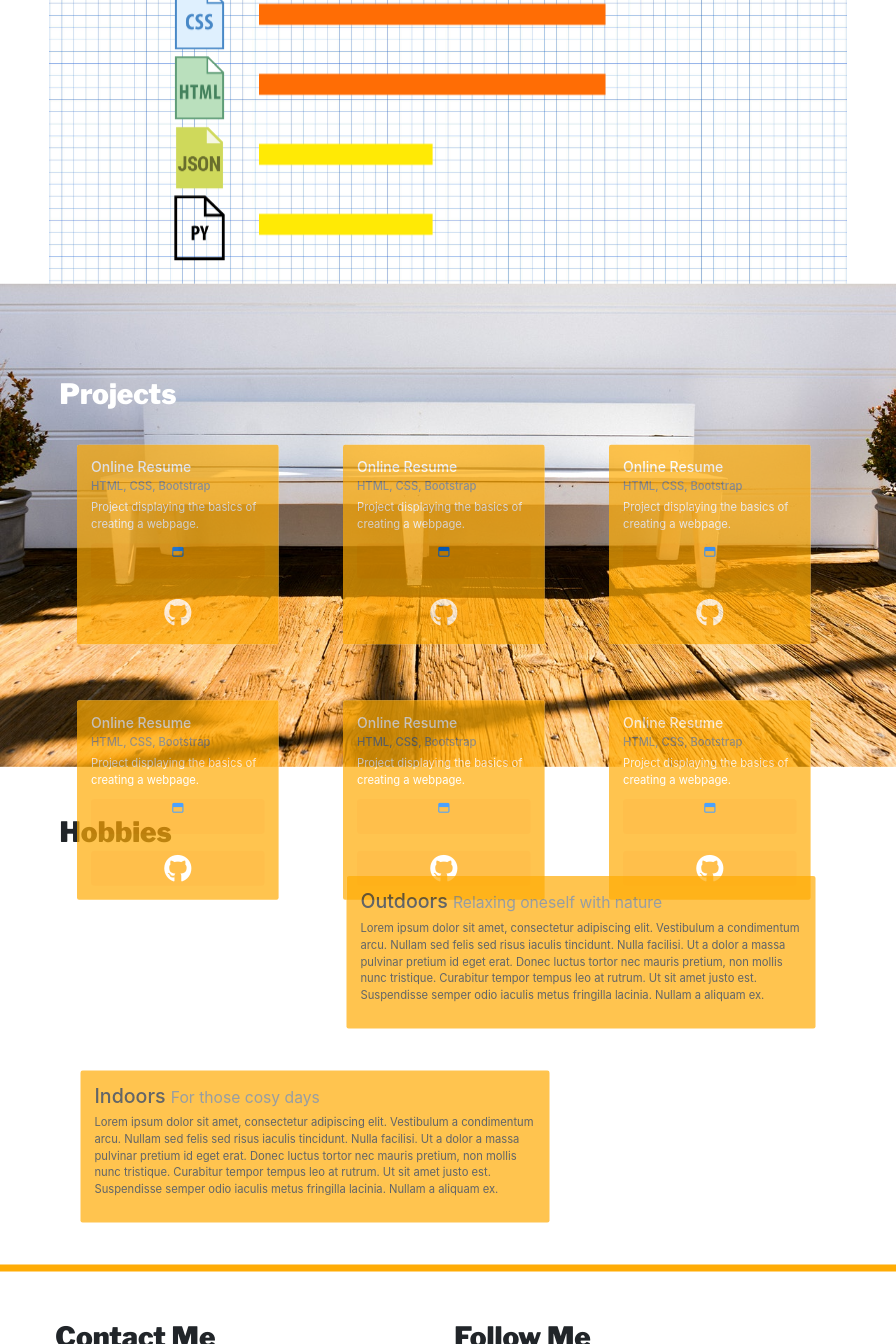
Repository: muhdarifrawi/resume-project
Page: index.html
The author's editor kept a record of every edit. The page is drawn from the files as they stood at one moment, then again after the next edit.
The browser window is 1280 px wide. The pictures show the part of the page from y = 1128 to 3048 px (the page is 3765 px tall), at 70% of full size.
Some web libraries are served in a nearby version.

Above is the page before.

### index.html
<!doctype html>
<html lang="en">

<head>
    <!-- Required meta tags -->
    <meta charset="utf-8">
    <meta name="viewport" content="width=device-width, initial-scale=1, shrink-to-fit=no">
    <!-- Font Awesome script -->
    <script src="https://kit.fontawesome.com/00e1568e72.js"></script>
    <!-- GOOGLE font -->
    <link href="https://fonts.googleapis.com/css?family=Libre+Franklin:900&display=swap" rel="stylesheet">
    <!-- AOS script -->
    <link href="https://unpkg.com/aos@2.3.1/dist/aos.css" rel="stylesheet">

    <!-- Bootstrap CSS -->
    <link rel="stylesheet" href="https://stackpath.bootstrapcdn.com/bootstrap/4.3.1/css/bootstrap.min.css" integrity="sha384-ggOyR0iXCbMQv3Xipma34MD+dH/1fQ784/j6cY/iJTQUOhcWr7x9JvoRxT2MZw1T" crossorigin="anonymous">
    <link rel="stylesheet" href="style.css" type="text/css" />
    <title>Online Resume</title>
</head>

  <!-- scroll spy added to body section -->
<body data-spy="scroll" data-target="#navscroll" data-offset="100">
    <!-- Navbar starts here -->
    <nav id="navscroll" class="navbar fixed-top navbar-expand-lg navbar-light bg-light">
        <a class="navbar-brand" href="#">My Resume</a>
        <button class="navbar-toggler" type="button" data-toggle="collapse" data-target="#navbarSupportedContent" aria-controls="navbarSupportedContent" aria-expanded="false" aria-label="Toggle navigation">
    <span class="navbar-toggler-icon"></span>
  </button>

        <div class="collapse navbar-collapse" id="navbarSupportedContent">
            <ul class="navbar-nav mr-auto">
                <li class="nav-item">
                    <a class="nav-link" href="#home">Home <span class="sr-only">(current)</span></a>
                </li>
                <li class="nav-item">
                    <a class="nav-link" href="#skills">Skills</a>
                </li>

                <li class="nav-item">
                    <a class="nav-link" href="#projects">Projects</a>
                </li>

                <li class="nav-item">
                    <a class="nav-link" href="#hobbies">Hobbies</a>
                </li>

                <li class="nav-item">
                    <a class="nav-link" href="#contact">Contact Me</a>
                </li>

            </ul>

        </div>
    </nav>
    <!-- navbar ends here -->

    <!--Jumbotron -->
    <div class="jumbotron jumbotron-fluid" id="home">
        <div class="container">
            <h1 class="display-4">Muhammad Arif Bin Rawi</h1>
            <p class="lead">Aspiring Junior Game Developer. </p>
        </div>
    </div>

    <div class="orange strip"></div>

<div class="container" id="skills">

<h1>Skills</h1>
    <!-- created div to slot in AOS -->
   <div data-aos="fade-right" data-aos-offset="300" data-aos-easing="ease-in-sine">
        <!-- photoshop row -->
        <div class="row pt-md-5">
            <div class="col-lg-3 col-sm-6">
                <div class="ware">
                    <img src="image/icon/PS.png" alt="photoshop" class="rounded">
                    <div class="house">
                        <div class="text">
                            <h5>Photoshop</h5>
                        </div>
                        <div class="text2">
                            <h6>Good</h6>
                        </div>
                    </div>
                </div>
            </div>
            <div class="col-lg-9 col-sm-6">
                <div class="bar-mid"></div>
            </div>
        </div>

        <!-- ms office row -->
        <div class="row">
            <div class="col-lg-3 col-sm-6">
                <div class="ware">
                    <img src="image/icon/MSO.png" alt="MS Office" class="rounded">
                    <div class="house">
                        <div class="text">
                            <h5>MS Office</h5>
                        </div>
                        <div class="text2">
                            <h6>Advance</h6>
                        </div>
                    </div>
                </div>
            </div>
            <div class="col-lg-9 col-sm-6">
                <div class="bar-full"></div>
            </div>
        </div>

        <!-- CSS row -->
        <div class="row">
            <div class="col-lg-3 col-sm-6">
                <div class="ware">
                    <img src="image/icon/CSS.png" alt="CSS" class="rounded">
                    <div class="house">
                        <div class="text">
                            <h5>CSS</h5>
                        </div>
                        <div class="text2">
                            <h6>Good</h6>
                        </div>
                    </div>
                </div>
            </div>
            <div class="col-lg-9 col-sm-6">
                <div class="bar-mid"></div>
            </div>
        </div>

        <!-- HTML row -->
        <div class="row">
            <div class="col-lg-3 col-sm-6">
                <div class="ware">
                    <img src="image/icon/HTML.png" alt="HTML" class="rounded">
                    <div class="house">
                        <div class="text">
                            <h5>HTML</h5>
                        </div>
                        <div class="text2">
                            <h6>Good</h6>
                        </div>
                    </div>
                </div>
            </div>
            <div class="col-lg-9 col-sm-6">
                <div class="bar-mid"></div>
            </div>
        </div>

        <!-- Java row -->
        <div class="row">
            <div class="col-lg-3 col-sm-6">
                <div class="ware">
                    <img src="image/icon/JS.png" alt="Java" class="rounded">
                    <div class="house">
                        <div class="text">
                            <h5>Java</h5>
                        </div>
                        <div class="text2">
                            <h6>Basic</h6>
                        </div>
                    </div>
                </div>
            </div>
            <div class="col-lg-9 col-sm-6">
                <div class="bar-min"></div>
            </div>
        </div>

        <!-- Python row -->
        <div class="row">
            <div class="col-lg-3 col-sm-6">
                <div class="ware">
                    <img src="image/icon/PY.png" alt="Python" class="rounded">
                    <div class="house">
                        <div class="text">
                            <h5>Python</h5>
                        </div>
                        <div class="text2">
                            <h6>Basic</h6>
                        </div>
                    </div>
                </div>
            </div>
            <div class="col-lg-9 col-sm-6">
                <div class="bar-min"></div>
            </div>
        </div>
    </div>
</div>

    <!-- <div class="orange strip"></div> -->

<!--usage of jumbotron to overcome "no-stretch" problem -->
<div class="jumbotron jumbotron-fluid "  id="projects">
<div class="container">
        <h1>Projects</h1>
        <div class="row">
            <div class="col">
                <div class="card note" style="width: 18rem;">
                    <div class="card-body">
                        <h5 class="card-title">Online Resume</h5>
                        <h6 class="card-subtitle mb-2 text-muted">HTML, CSS, Bootstrap</h6>
                        <p class="card-text">Project displaying the basics of creating a webpage.</p>

                        <a href="https://muhdarifrawi.github.io/resume-project/" target="_blank" class="card-link">
                            <div class="rounded-box"><i class="far fa-window-maximize"></i></div></a>

                        <a href="https://github.com/muhdarifrawi/resume-project" target="_blank" class="card-link">
                            <div class="rounded-box"><i class="fab fa-github"></i></div></a>
                    </div>
                </div>
            </div>

            <div class="col">
                <div class="card note2" style="width: 18rem;">
                    <div class="card-body">
                        <h5 class="card-title">Online Resume</h5>
                        <h6 class="card-subtitle mb-2 text-muted">HTML, CSS, Bootstrap</h6>
                        <p class="card-text">Project displaying the basics of creating a webpage.</p>

                        <a href="https://muhdarifrawi.github.io/resume-project/" target="_blank" class="card-link">
                            <div class="rounded-box"><i class="far fa-window-maximize"></i></div></a>

                        <a href="https://github.com/muhdarifrawi/resume-project" target="_blank" class="card-link">
                            <div class="rounded-box"><i class="fab fa-github"></i></div></a>
                    </div>
                </div>
            </div>

            <div class="col">
                <div class="card note3" style="width: 18rem;">
                    <div class="card-body">
                        <h5 class="card-title">Online Resume</h5>
                        <h6 class="card-subtitle mb-2 text-muted">HTML, CSS, Bootstrap</h6>
                        <p class="card-text">Project displaying the basics of creating a webpage.</p>

                        <a href="https://muhdarifrawi.github.io/resume-project/" target="_blank" class="card-link">
                            <div class="rounded-box"><i class="far fa-window-maximize"></i></div></a>

                        <a href="https://github.com/muhdarifrawi/resume-project" target="_blank" class="card-link">
                            <div class="rounded-box"><i class="fab fa-github"></i></div></a>
                    </div>
                </div>
            </div>

        </div>

        <div class="row">
        <div class="col">
            <div class="card note3" style="width: 18rem;">
                <div class="card-body">
                    <h5 class="card-title">Online Resume</h5>
                    <h6 class="card-subtitle mb-2 text-muted">HTML, CSS, Bootstrap</h6>
                    <p class="card-text">Project displaying the basics of creating a webpage.</p>

                    <a href="https://muhdarifrawi.github.io/resume-project/" target="_blank" class="card-link">
                        <div class="rounded-box"><i class="far fa-window-maximize"></i></div></a>

                    <a href="https://github.com/muhdarifrawi/resume-project" target="_blank" class="card-link">
                        <div class="rounded-box"><i class="fab fa-github"></i></div></a>
                </div>
            </div>
        </div>

        <div class="col">
            <div class="card note" style="width: 18rem;">
                <div class="card-body">
                    <h5 class="card-title">Online Resume</h5>
                    <h6 class="card-subtitle mb-2 text-muted">HTML, CSS, Bootstrap</h6>
                    <p class="card-text">Project displaying the basics of creating a webpage.</p>

                    <a href="https://muhdarifrawi.github.io/resume-project/" target="_blank" class="card-link">
                        <div class="rounded-box"><i class="far fa-window-maximize"></i></div></a>

                    <a href="https://github.com/muhdarifrawi/resume-project" target="_blank" class="card-link">
                        <div class="rounded-box"><i class="fab fa-github"></i></div></a>
                </div>
            </div>
        </div>

        <div class="col">
            <div class="card note2" style="width: 18rem;">
                <div class="card-body">
                    <h5 class="card-title">Online Resume</h5>
                    <h6 class="card-subtitle mb-2 text-muted">HTML, CSS, Bootstrap</h6>
                    <p class="card-text">Project displaying the basics of creating a webpage.</p>

                    <a href="https://muhdarifrawi.github.io/resume-project/" target="_blank" class="card-link">
                        <div class="rounded-box"><i class="far fa-window-maximize"></i></div></a>

                    <a href="https://github.com/muhdarifrawi/resume-project" target="_blank" class="card-link">
                        <div class="rounded-box"><i class="fab fa-github"></i></div></a>
                </div>
            </div>
        </div>

    </div>

    </div>
</div>
<!-- <div class="orange strip"></div> -->

<div class="container" id="hobbies">
    <h1>Hobbies</h1>
    <div class="row">

        <div class="col-sm-6 col-md-4 ">
            <div class="col"><div class="thumb camping"></div></div>
        </div>
        <div class="col-sm-6 col-md-8">
            <div class="card">
                <div class="card-body">
                    <h3>
                      Outdoors
                      <small class="text-muted">Relaxing oneself with nature</small>
                    </h3>

                    <p>
                        Lorem ipsum dolor sit amet, consectetur adipiscing elit. Vestibulum a condimentum arcu. Nullam sed felis sed risus iaculis tincidunt. Nulla facilisi. Ut a dolor a massa pulvinar pretium id eget erat. Donec luctus tortor nec mauris pretium, non mollis nunc tristique. Curabitur tempor tempus leo at rutrum. Ut sit amet justo est. Suspendisse semper odio iaculis metus fringilla lacinia. Nullam a aliquam ex.
                    </p>
                </div>
            </div>
        </div>

    </div>

       <div class="row">

        <div class="col-sm-6 order-sm-2 col-md-4">
            <div class="col"><div class="thumb indoor"></div></div>

        </div>
        <div class="col-sm-6 order-sm-1 col-md-8">

            <div class="card">
                <div class="card-body">
                    <h3>
                    Indoors
                      <small class="text-muted">For those cosy days</small>
                    </h3>

                    <p>
                        Lorem ipsum dolor sit amet, consectetur adipiscing elit. Vestibulum a condimentum arcu. Nullam sed felis sed risus iaculis tincidunt. Nulla facilisi. Ut a dolor a massa pulvinar pretium id eget erat. Donec luctus tortor nec mauris pretium, non mollis nunc tristique. Curabitur tempor tempus leo at rutrum. Ut sit amet justo est. Suspendisse semper odio iaculis metus fringilla lacinia. Nullam a aliquam ex.
                    </p>
                </div>
            </div>

        </div>

    </div>

</div>

<div class="orange strip"></div>

<div class="container" id="contact">


<div class="row">


<!-- left column -->
<div class="col-sm-6 pl-4">
    <!-- top column -->
    <div class="row">
    <h1>Contact Me</h1>
    </div>

<!-- bottom column -->
<div class="row">
<div class="col">
<form>

    <div class="form-group">
        <label for="name">Name</label>
        <input type="text" class="form-control" id="form1" placeholder="Name" required>
    </div>

    <div class="form-group">
        <label for="email">Email Address</label>
        <input type="email" class="form-control" id="form1" placeholder="name@example.com" required>
    </div>


    <div class="form-group">
        <label for="Textarea">Comments</label>
        <textarea class="form-control" id="form1" rows="3" required></textarea>
    </div>

    <input class="btn btn-primary" type="submit" value="Submit">
</form>

</div>
</div>
</div>
<!-- right column-->
<div class="col-sm-6 pl-4">
    <!-- top column -->
    <div class="row">
    <h1>Follow Me</h1>
    </div>
<!--bottom column -->
<div class="col">
    <div class="row pt-3"></div>
    <div class="row">
        <div class="col"><a href="https://www.twitter.com/ArifRawi" target="_blank"><div class="rounded-box"><i class="fab fa-twitter"></i></div></a></div>
        <div class="col"><a href="https://github.com/muhdarifrawi" target="_blank"><div class="rounded-box"><i class="fab fa-github"></i></div></a></div>
        <div class="col"><a href="https://www.instagram.com/muhdarifrawi/" target="_blank"><div class="rounded-box"><i class="fab fa-instagram"></i></div></a></div>

    </div>
    <div class="row"></div>
</div>
</div>
</div>
</div>

<div class="orange banner">
    <div class="container" id="footer">

        <div class="row">

            <div class="col-sm-4 px-4">
                <h6>Acknowledgments</h6>
                    <p>Thank you to all that has helped and guided me in making this project work.</p>



            </div>

            <div class="col-sm-4 px-4">
                <h6>Disclaimer</h6>
                <p>This webpage is a work meant for education purposes only. </p>
            </div>

            <div class="col-sm-4 px-4">
                <h6>Copyright 2019, all rights reserved.</h6>
            </div>
        </div>

    </div>
</div>
    <!-- Optional JavaScript -->
    <!-- jQuery first, then Popper.js, then Bootstrap JS -->
    <script src="https://code.jquery.com/jquery-3.3.1.slim.min.js" integrity="sha384-q8i/X+965DzO0rT7abK41JStQIAqVgRVzpbzo5smXKp4YfRvH+8abtTE1Pi6jizo" crossorigin="anonymous"></script>
    <script src="https://cdnjs.cloudflare.com/ajax/libs/popper.js/1.14.7/umd/popper.min.js" integrity="sha384-UO2eT0CpHqdSJQ6hJty5KVphtPhzWj9WO1clHTMGa3JDZwrnQq4sF86dIHNDz0W1" crossorigin="anonymous"></script>
    <script src="https://stackpath.bootstrapcdn.com/bootstrap/4.3.1/js/bootstrap.min.js" integrity="sha384-JjSmVgyd0p3pXB1rRibZUAYoIIy6OrQ6VrjIEaFf/nJGzIxFDsf4x0xIM+B07jRM" crossorigin="anonymous"></script>
    <!--AOS script -->
    <script src="https://unpkg.com/aos@2.3.1/dist/aos.js"></script>

    <script>
        AOS.init();
    </script>
</body>

</html>

### style.css
html{
    width:100%;
    height:100%;

}

body{
    padding-top:30px;
    width:100%;
    height:100%;

}

.jumbotron{
    margin-bottom:0px;
}

.box{
    height:50px;
    width:50px;
}

.red{
    background-color:red;
}

.blue{
    background-color:blue;
}

.orange{
    background-color:rgba(255, 172, 5, 1);
}

.strip{
    width:100%;
    height:10px;
}

.banner{
    width:100%;
    height:300px;
}

.rect{
    width:100%;
    height:100%;
    padding:15px;
}

.container{
    padding-top:70px;
    padding-bottom:30px;
}

.shelf{
    height:100%;
    width:100%;
}

.col{
    padding:10px;
}


.jumbotron {
  background-image: url("image/bg/bench.jpg");
  background-size: cover;
  /*this allows the image to stretch height to its max. needs html and body to be height:100% as well*/
  height:100%;

  color:white;
}

h1 {
font-family: 'Libre Franklin', sans-serif;
}

.card{
    margin:30px;
    opacity:0.7;
    border:none;

}

.card-body{
    background-color:rgb(255, 172, 5);
     border-radius:3px;

}

#footer{
    padding-bottom:0px;
    padding-left:0px;
    padding-right:0px;
    width:100%;
}

.btn-primary{
    background-color:rgb(255, 193, 100);
    border-color:rgb(255, 193, 100);

}

.btn-primary:hover {
    background-color:rgb(255, 234, 5);
    border-color:rgb(255, 234, 5);

}

.icon{
    height:60px;
}

#projects{
    background-image:url(image/bg/bench.jpg);
}

#skills{
    background-image:url(image/bg/graph.jpg);
    background-size:cover;

}

.rounded-box{
    background-color:orange;
    height:50px;
    border-radius:5px;
    text-align:center;
    border:1px;
    transition-duration:0.5s;
}

.rounded-box:hover{
    transition-duration:0.5s;
    background-color:rgb(255, 234, 5);
    border-color:rgb(255, 234, 5);
}

.fa-twitter{
    padding-top:5px;
    font-size:40px;
    color:white;
}

.fa-github{
    padding-top:5px;
    font-size:40px;
    color:white;
}

.fa-instagram{
    padding-top:5px;
    font-size:40px;
    color:white;
}

.follow{
    margin-top:50px;
}


.bar-full {
    width:0%;
    height:30px;
    background-color:blue;
    animation-name: adv;
    animation-duration: 4s;
    animation-fill-mode:forwards;
    transform:translate(0, 100%);
}

@keyframes adv{

    from{
        width:0%;
        Background-color:rgb(255, 234, 5);
    }

    to{
        width:90%;
        background-color:rgb(5, 255, 172);

    }

}

.bar-mid {
    width:0%;
    height:30px;
    background-color:blue;
    animation-name: gd;
    animation-duration: 4s;
    animation-fill-mode:forwards;
    transform:translate(0, 100%);
}

@keyframes gd{

    from{
        width:0%;
        Background-color:rgb(255, 234, 5);
    }

    to{
        width:60%;
        background-color:rgb(255, 109, 5);

    }

}

.bar-min {
    width:0%;
    height:30px;
    background-color:blue;
    animation-name: basic;
    animation-duration: 4s;
    animation-fill-mode:forwards;
    transform:translate(0, 100%);
}

@keyframes basic{

    from{
        width:0%;
        Background-color:rgb(255, 234, 5);
    }

    to{
        width:30%;
        background-color:rgb(255, 234, 5);

    }

}

.ware{
    /*background-color:purple;*/
    width:100px;
    height:100%;
    margin-left:150px;

}

.rounded{
    width:100%;
}

.house{
    background-color:rgb(255, 172, 5);
    width:100px;
    height:100%;
    transform:translate(0,-100%);
    opacity:0;
    transition-duration:0.75s;
    position:absolute;
    text-align:justify;
    border-radius:3px;
}

.ware:hover .house{
    opacity:0.9;
    cursor:pointer;
}

.text{
    color:rgb(88, 5, 255);
    margin-top:5px;
    text-align:center;
}

.text2{
    color:rgba(5, 88, 255, 0.7);
    margin-top:5px;
    text-align:center;
}

After the next edit:
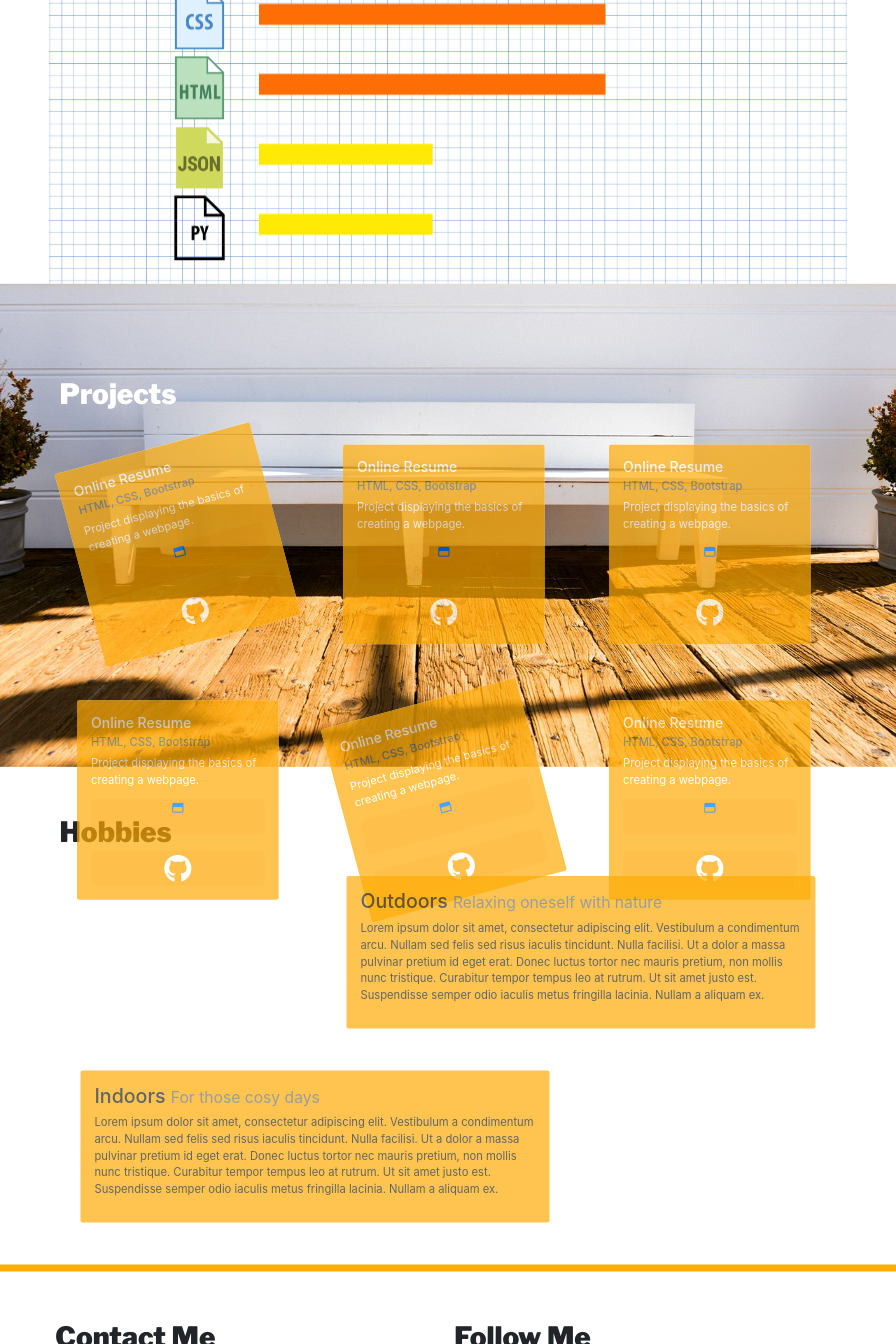
The edit:
--- a/style.css
+++ b/style.css
@@ -275,3 +275,12 @@
     margin-top:5px;
     text-align:center;
 }
+
+.note {
+    transform:rotate(-15deg);
+}
+
+.note:hover {
+    transition-duration: 1s;
+    transform:rotate(0deg);
+}
